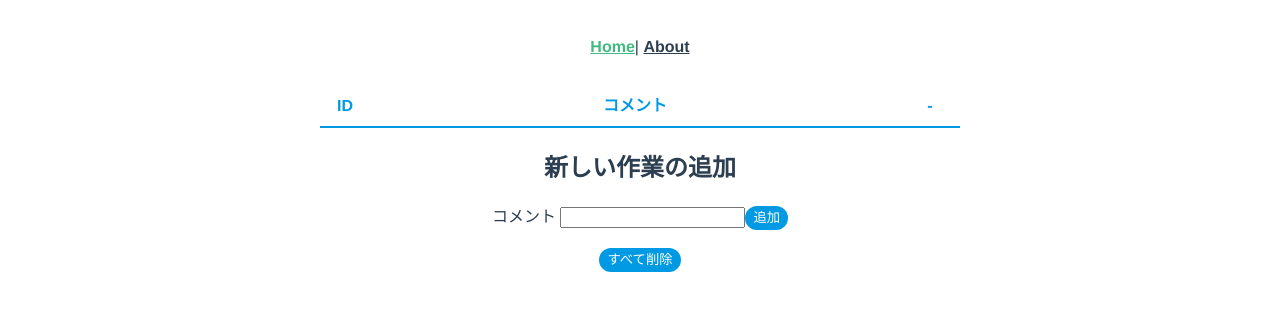
Repository: hiyacins/uma_study
Page: / (app in LESSON2b/frontend/)
The author's editor kept a copy of each file at every save. The page is drawn from the files as they stood at one save, then again after the next save.
The browser window is 1280 px wide. The pictures show the whole page.
The page's requests for data from a server got no answer. The project was rebuilt for these pictures with package versions that can differ from the ones it lists, and the page was loaded fresh each time. No one was signed in, and anything a server would have sent is missing. Also part of the build but not shown: LESSON2b/frontend/vue.config.js.

Above is the page before, as saved 2020-06-15 22:17:20.

After the next save:
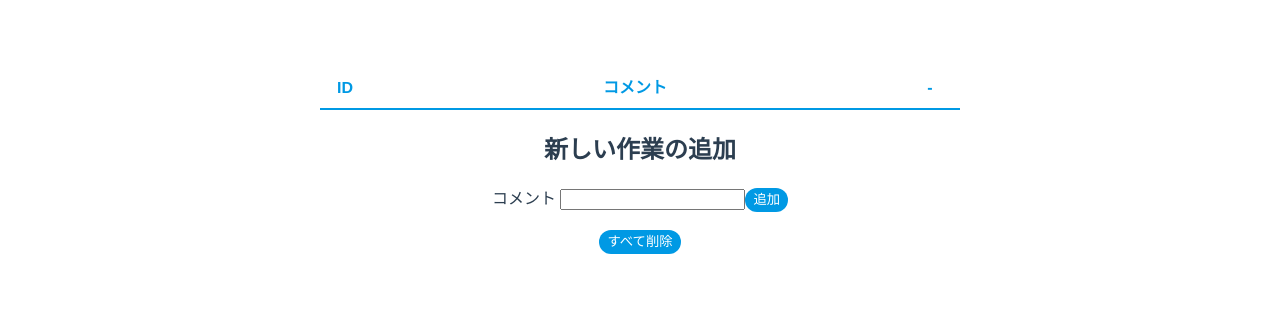
Saved 5 min 41 s later.
--- a/LESSON2b/frontend/src/App.vue
+++ b/LESSON2b/frontend/src/App.vue
@@ -1,8 +1,8 @@
 <template>
   <div id="app">
     <div id="nav">
-      <router-link to="/">Home</router-link>|
-      <router-link to="/about">About</router-link>
+      <!-- <router-link to="/">Home</router-link>|
+      <router-link to="/about">About</router-link>-->
     </div>
     <router-view />
   </div>
